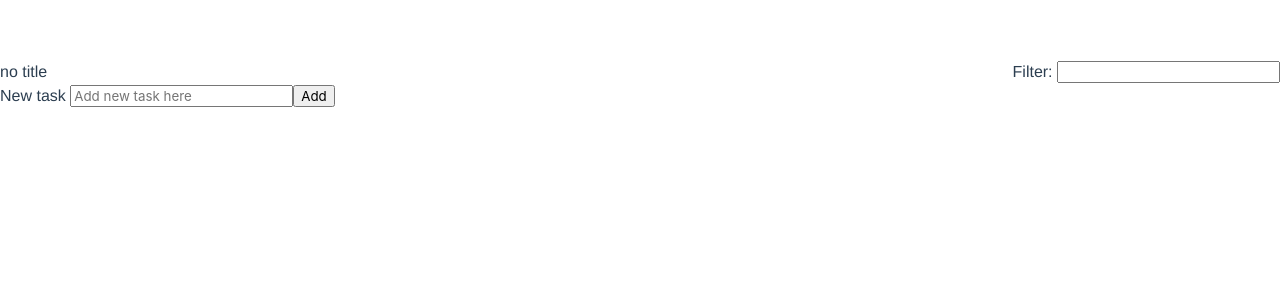
Repository: Olegche/sushi
Page: /
An editor plug-in stored every save of this project. The page is shown before and after the next save, followed by the edit.
The browser window is 1280 px wide. The pictures show the whole page.
The project was rebuilt for these pictures with package versions that can differ from the ones it lists, and the page was loaded fresh each time. Also part of the build but not shown: src/components/TodoList/TodoItem/index.vue, src/components/Product/index.vue.

Above is the page before, as saved 2020-10-12 20:46:45.

### public/index.html
<!DOCTYPE html>
<html lang="en">
  <head>
    <meta charset="utf-8">
    <meta http-equiv="X-UA-Compatible" content="IE=edge">
    <meta name="viewport" content="width=device-width,initial-scale=1.0">
    <link rel="icon" href="<%= BASE_URL %>favicon.ico">
    <title>sushi</title>
  </head>
  <body>
    <noscript>
      <strong>We're sorry but <%= htmlWebpackPlugin.options.title %> doesn't work properly without JavaScript enabled. Please enable it to continue.</strong>
    </noscript>
    <div id="app"></div>
    <!-- built files will be auto injected -->
  </body>
</html>

### src/main.js
import Vue from 'vue'
import App from './App.vue'
import Buefy from 'buefy'
import 'buefy/dist/buefy.css'


Vue.use(Buefy)


Vue.config.productionTip = false



new Vue({
  render: h => h(App),
}).$mount('#app')

### src/App.vue
<template>
  <div id="app">
    <todo-list />
  </div>
</template>

<script>
import TodoList from "./components/TodoList";
export default {
  name: 'App',
  components: {
    TodoList
  },

  data() {
    return {
      myProducts:[
        {
          id:1,
          title:'Tel',
          price:1200,
          img:'https://i2.rozetka.ua/goods/19989681/samsung_galaxy_m51_6_128gb_black_images_19989681366.jpg',
          category:'phone',
          year:2010
        },
        {
          id:2,
          title:'Tel2',
          price:12040,
          img:'https://i2.rozetka.ua/goods/17831432/apple_iphone_se_64gb_white_images_17831432779.jpg',
          category:'phone',
          year:2010
        },
      ],

      myList: [
        {
          id:1,
          task:"Milk",
          time:'18.10',
          status:"NEW"
        },
        {
          id:2,
          task:"Film",
          time:'19.10',
          status:"IN-PROGRES"
        },
        {
          id:3,
          task:"Slip",
          time:'19.50',
          status:"POSTPONED"
        },
        {
          id:4,
          task:"Milk2",
          time:'18.10',
          status:"NEW"
        },
      ]
    }
  },
}
</script>

<style>
#app {
  font-family: Avenir, Helvetica, Arial, sans-serif;
  -webkit-font-smoothing: antialiased;
  -moz-osx-font-smoothing: grayscale;
  /* text-align: center; */
  color: #2c3e50;
  margin-top: 60px;
}
</style>

### src/components/TodoList/index.vue
<template>
    <div>

        <div class="header">

          <div>  {{title}}</div>

          <div>
              <label>
                  Filter:
                  <input type="text" v-model="seachText">
              </label>
          </div>

        </div>
        <div>
            <label>
                New task
                <input type="text" v-model="newTask" placeholder="Add new task here">
                <button @click="onAdd">
                    Add
                </button>
           </label>
        </div>
        <div :key="updateKey">
            <todo-item v-for="taskItem in list" :key="taskItem.id"
                :id="taskItem.id"
                :task="taskItem.task"
                :time="taskItem.time"
                :status='taskItem.status'
             @my-postponed="onPostponed(taskItem.id)"
             @plan="onPlan($event)"
             @done="onDone(taskItem.id)"
             />
        </div>
    </div>
</template>

<script>
import data from './settings'
import TodoItem from "./TodoItem";
import uniqid from "uniqid";
    export default {
        name:"TodoList",

        components: {
            TodoItem,
        },

        props: {
            title:{
                type:String,
                default:'no title'
            },
        },

        data() {
            return {
                data,
                newTask:null,
                seachText:null,
                updateKey:1
            }
        },

        computed: {
            storeData:{
                get:function () {
                    const stringValueFromStore=this.updateKey&& localStorage.getItem('tasks') //Читаємо значення з localStorage
                    if(stringValueFromStore) //Якщо дані є
                      return JSON.parse(stringValueFromStore)  //Перетворюмєо string значення у JavaScript об"єкт
                    else
                      return [] //Якщо даних нема, то повертаємо порожній масив
                },
                set:function (val) {
                    const stringRepresentation=JSON.stringify(val) //Перетворюємо об"єкт у string
                    localStorage.setItem('tasks',stringRepresentation) //Зберігаємо дані у localStorage

                     this.updateKey++
                }

            },

            list() {
                if(!this.seachText) return this.storeData //Автоматичо викликається сеттер (метод get)
                else
                {const text=this.seachText.toLowerCase()
                    return this.storeData.filter(item=>item.task.toLowerCase().includes(text)) }
            }
        },
        watch: {
            seachText(newValue, oldValue) {
                console.log(`${newValue} - ${oldValue}`);
            }
        },

        methods: {
            onPlan(id){
                this.changeStatus('IN-PROGRES',id)
            },
            onPostponed(id) {
                this.changeStatus('POSTPONED',id)
            },
            onDone(id){
                this.changeStatus('DONE',id)
            },
            changeStatus(status,id){
                const newArr=[...this.storeData]
                const task=newArr.find(item=>item.id===id)
                task.status=status
                this.storeData=newArr //автоматично викликається метод this.storeData.set(newArr)
            },

            onAdd(){

               const time=new Date()
               const newTaskOb={
                        id:uniqid(),
                        task:this.newTask,
                        time:`${time.getHours()}.${time.getMinutes()}`,
                        status:"NEW"
                }

                this.storeData=[...this.storeData,newTaskOb]


            }
        },
    }
</script>

<style lang="css" scoped>
.header{
    display: flex;
    justify-content: space-between;
}
</style>

### src/components/TodoList/settings.js
export default [
  {
    img: "smile.jpg",
  },
];

### src/components/ProductList/index.vue
<template>
    <div>
        <div v-if="!products">
            No items
        </div>
        <div v-if="products">
            <product v-for="item in products"  :key="item.id"
            :img="item.img"
            :title="item.title"
            :price="item.price"
            />
        </div>
    </div>
</template>

<script>
import Product from "@/components/Product";
    export default {
        name:"ProductList",

        components: {
            Product
        },

        props: {
            products: {
                type: Array,
                default: null
            },
        },
    }
</script>

<style lang="scss" scoped>

</style>

After the next save:
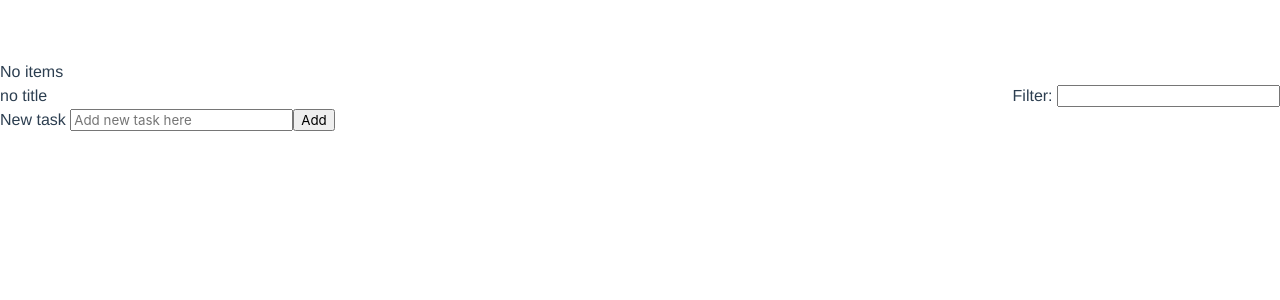
Saved 52 s later.
--- a/src/App.vue
+++ b/src/App.vue
@@ -1,15 +1,18 @@
 <template>
   <div id="app">
+    <product-list/>
     <todo-list />
   </div>
 </template>
 
 <script>
 import TodoList from "./components/TodoList";
+import ProductList from "./components/ProductList";
 export default {
   name: 'App',
   components: {
-    TodoList
+    TodoList,
+    ProductList
   },
 
   data() {
